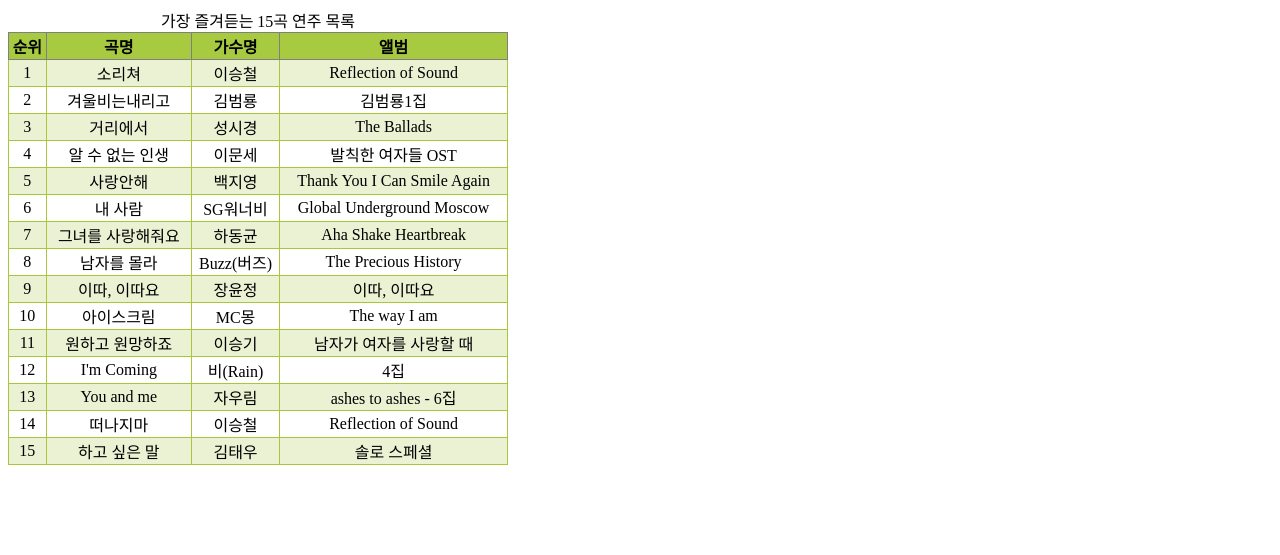
Repository: insunkang/JSP
Page: clientweb/WebContent/css/css_table_test.html
The author's editor kept a copy of each file at every save. The page is drawn from the files as they stood at one save, then again after the next save.
The browser window is 1280 px wide. The pictures show the whole page.

Above is the page before, as saved 2020-01-03 04:47:39.

### clientweb/WebContent/css/css_table_test.html
<!DOCTYPE html>
<html>
<head>
<meta charset="EUC-KR"/>
	<title>Insert title here</title>
	<style type="text/css">
		table{

			border-collapse: collapse;
			text-align: center;
			width: 500px;




		}


		tr.first{
			background-color: #ebf2d4;
			border-color: #a7c83b;
		}
		tr.second{
			background-color: #ffffff;
			border-color: #a7c83b;
		}


	</style>
</head>
<body>
	<table border="1">
		<caption>가장 즐겨듣는 15곡 연주 목록</caption>
		<thead>
		<tr bgcolor="#a8ca40">
			<th >순위</th>
			<th>곡명</th>
			<th>가수명</th>
			<th>앨범</th>
		</tr>
		</thead>
		<tbody>
			<tr class="first">
				<td>1</td>
				<td>소리쳐</td>
				<td>이승철</td>
				<td>Reflection of Sound</td>
			</tr>
			<tr class="second">
				<td>2</td>
				<td>겨울비는내리고</td>
				<td>김범룡</td>
				<td>김범룡1집</td>
			</tr>

			<tr  class="first">
				<td>3</td>
				<td>거리에서</td>
				<td>성시경</td>
				<td>The Ballads</td>
			</tr>

			<tr class="second">
				<td>4</td>
				<td>알 수 없는 인생</td>
				<td>이문세</td>
				<td>발칙한 여자들 OST</td>
			</tr>

			<tr class="first">
				<td>5</td>
				<td>사랑안해</td>
				<td>백지영</td>
				<td>Thank You I Can Smile Again</td>
			</tr>

			<tr class="second">
				<td>6</td>
				<td>내 사람</td>
				<td>SG워너비</td>
				<td>Global Underground Moscow</td>
			</tr>

			<tr class="first">
				<td>7</td>
				<td>그녀를 사랑해줘요</td>
				<td>하동균</td>
				<td>Aha Shake Heartbreak</td>
			</tr>

			<tr class="second">
				<td>8</td>
				<td>남자를 몰라</td>
				<td>Buzz(버즈)</td>
				<td>The Precious History</td>
			</tr>

			<tr class="first">
				<td>9</td>
				<td>이따, 이따요</td>
				<td>장윤정</td>
				<td>이따, 이따요</td>
			</tr>

			<tr class="second">
				<td>10</td>
				<td>아이스크림</td>
				<td>MC몽</td>
				<td>The way I am</td>
			</tr>

			<tr class="first">
				<td>11</td>
				<td>원하고 원망하죠</td>
				<td>이승기</td>
				<td>남자가 여자를 사랑할 때</td>
			</tr>

			<tr class="second">
				<td>12</td>
				<td>I'm Coming</td>
				<td>비(Rain)</td>
				<td>4집</td>
			</tr>

			<tr class="first">
				<td>13</td>
				<td>You and me</td>
				<td>자우림</td>
				<td>ashes to ashes - 6집</td>
			</tr>

			<tr class="second">
				<td>14</td>
				<td>떠나지마</td>
				<td>이승철</td>
				<td>Reflection of Sound</td>
			</tr>

			<tr class="first">
				<td>15</td>
				<td>하고 싶은 말</td>
				<td>김태우</td>
				<td>솔로 스페셜</td>
			</tr>
			</tbody>
	</table>

</body>
</html>

After the next save:
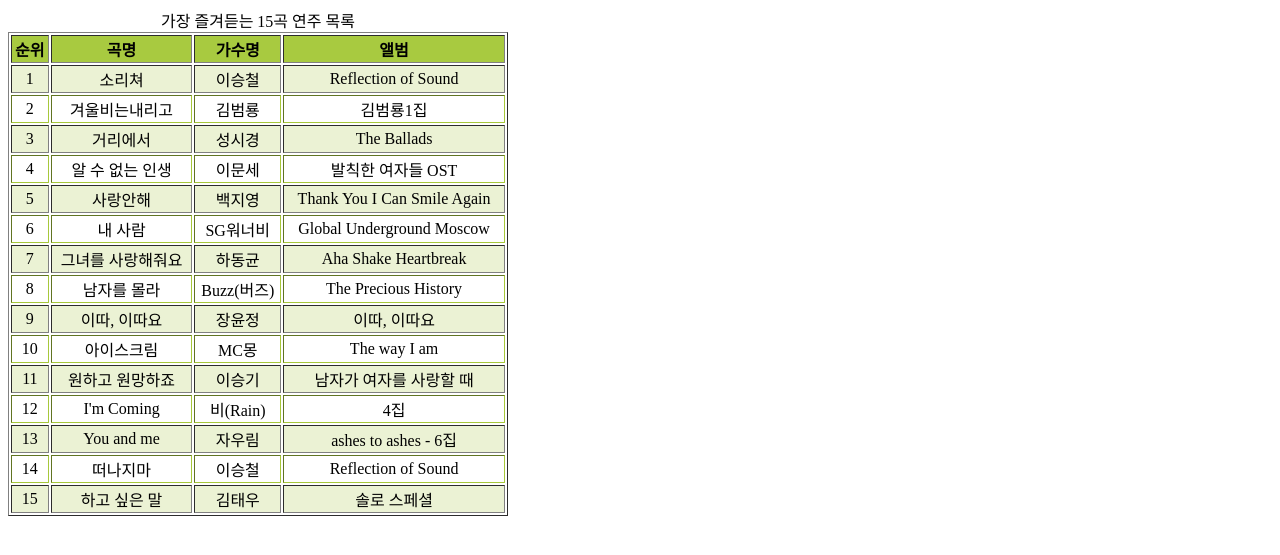
Saved 70 s later.
--- a/clientweb/WebContent/css/css_table_test.html
+++ b/clientweb/WebContent/css/css_table_test.html
@@ -6,7 +6,7 @@
 	<style type="text/css">
 		table{
 
-			border-collapse: collapse;
+
 			text-align: center;
 			width: 500px;
 
@@ -18,7 +18,7 @@
 
 		tr.first{
 			background-color: #ebf2d4;
-			border-color: #a7c83b;
+			bor
 		}
 		tr.second{
 			background-color: #ffffff;

After the save that followed:
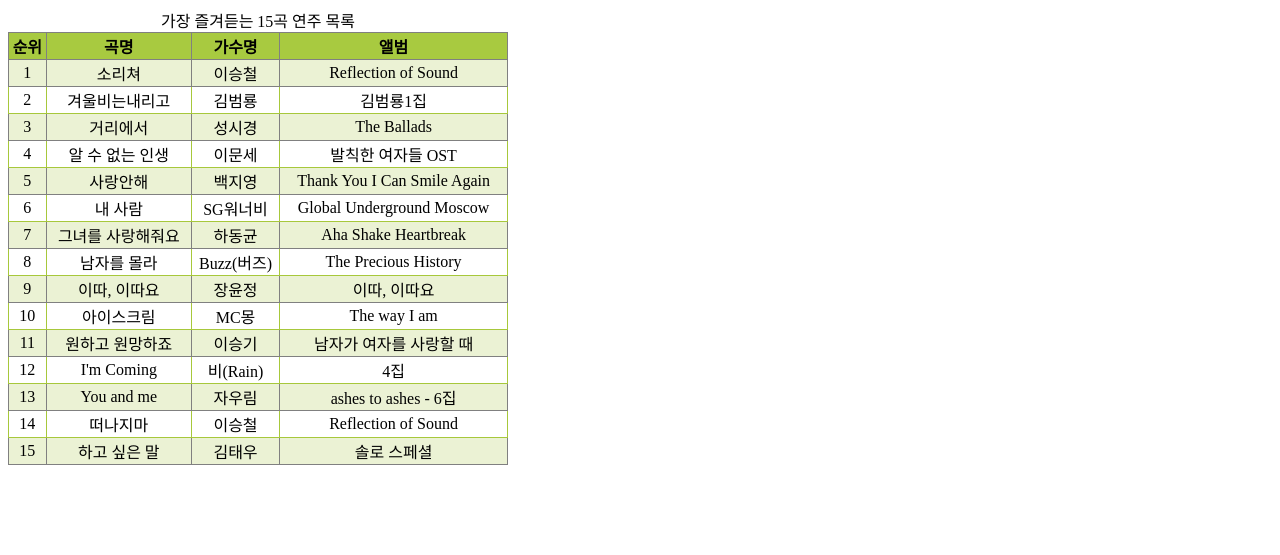
Saved 6 s later.
--- a/clientweb/WebContent/css/css_table_test.html
+++ b/clientweb/WebContent/css/css_table_test.html
@@ -6,7 +6,7 @@
 	<style type="text/css">
 		table{
 
-
+			border-collapse: collapse;
 			text-align: center;
 			width: 500px;
 
